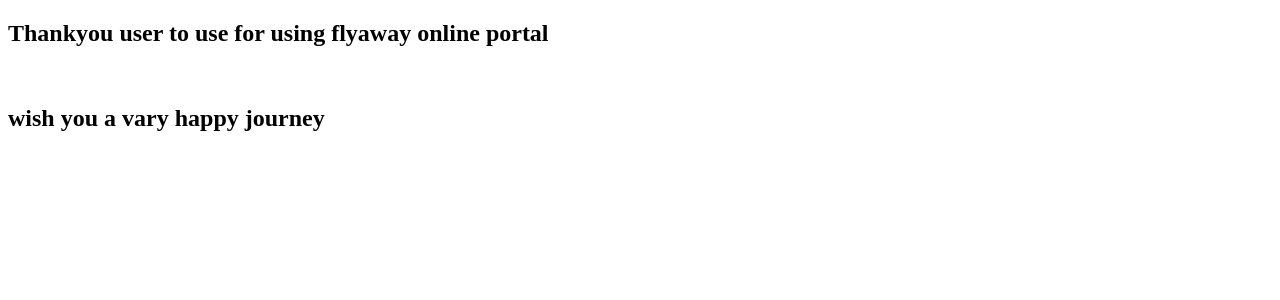
Repository: jha6435/Backenefinalsubmission
Page: http://localhost/ProjectFlyaway2/payconfirm.jsp
The author's editor kept a copy of each file at every save. The page is drawn from the files as they stood at one save, then again after the next save.
The browser window is 1280 px wide. The pictures show the whole page.
The page is served by Tomcat 9.

Above is the page before, as saved 2023-05-12 06:38:07.

After the next save:
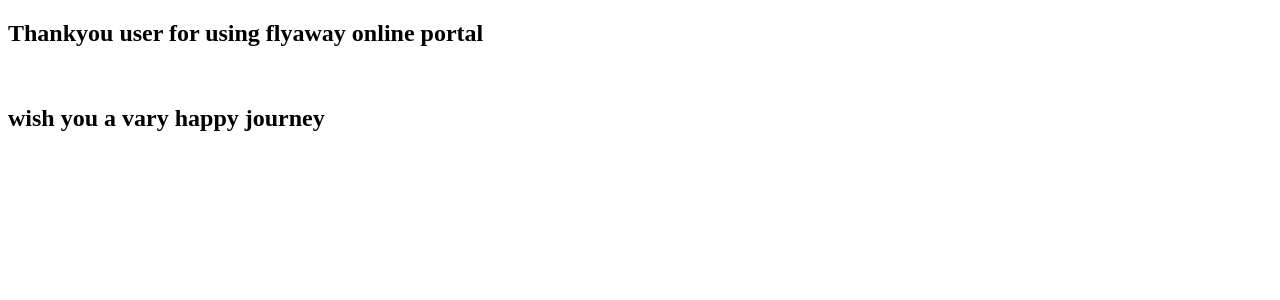
Saved 5 min 24 s later.
--- a/ProjectFlyaway2/src/main/webapp/payconfirm.jsp
+++ b/ProjectFlyaway2/src/main/webapp/payconfirm.jsp
@@ -7,7 +7,7 @@
 <title>Insert title here</title>
 </head>
 <body>
-<h2>Thankyou user to use for using flyaway online portal</h2><br>
+<h2>Thankyou user for using flyaway online portal</h2><br>
 <h2>wish you a vary happy journey</h2>
 </body>
 </html>
